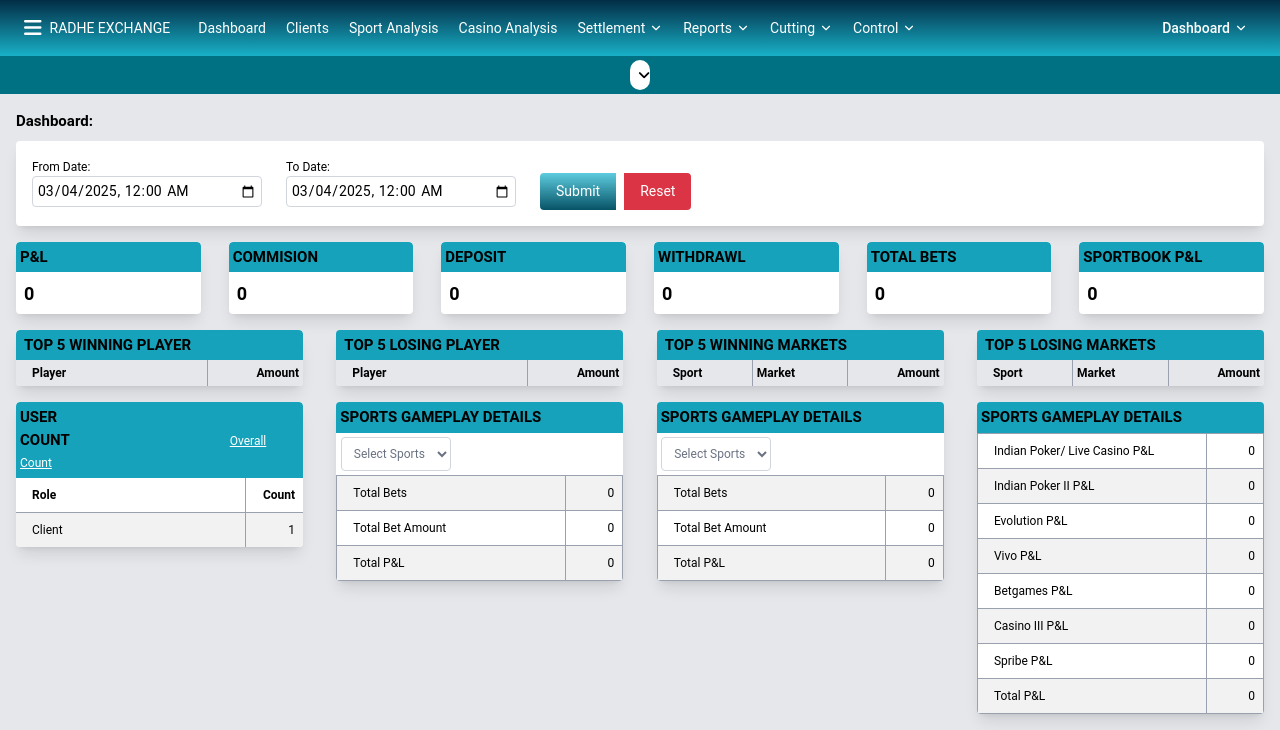
Repository: Habeebur1493/Radhe-Exchange
Page: /dashboard (app in frontend/)
An editor plug-in stored every save of this project. The page is shown before and after the next save, followed by the edit.
The browser window is 1280 px wide. The pictures show the whole page.
Some web libraries are served in a nearby version. The project was rebuilt for these pictures with package versions that can differ from the ones it lists, and the page was loaded fresh each time. Also part of the build but not shown: frontend/vite.config.js, frontend/src/components/login.jsx, frontend/src/components/Register.jsx.

Above is the page before, as saved 2025-03-04 17:15:21.

After the next save:
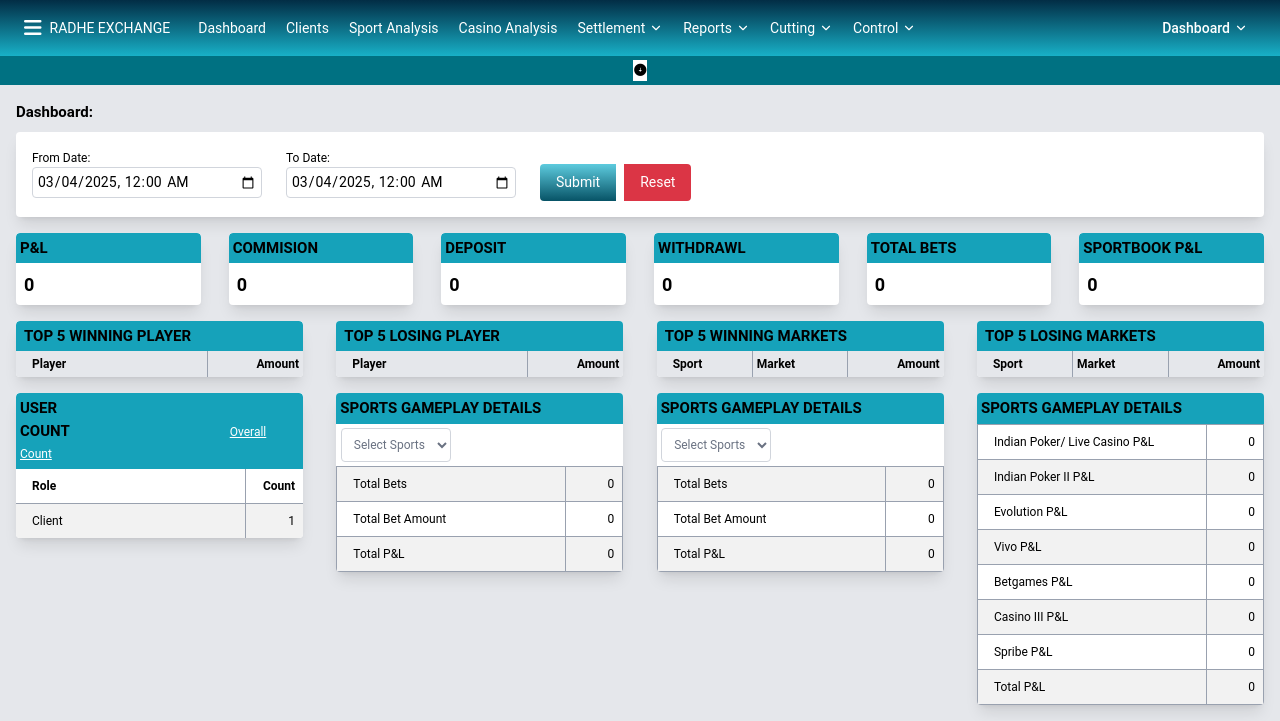
Saved 64 s later.
--- a/frontend/src/components/dashboard.jsx
+++ b/frontend/src/components/dashboard.jsx
@@ -219,7 +219,7 @@ const Dashboard = () => {
           onClick={() => setIsOpen(!isOpen)}
         >
           <i
-            className={`fa-solid fa-angle-down bg-white text-black font-bold rounded-full p-2 w-5 transition-transform ${
+            className={`ri-arrow-down-circle-fill bg-white text-black font-bold transition-transform ${
               isOpen ? "rotate-180" : ""
             }`}
           ></i>
